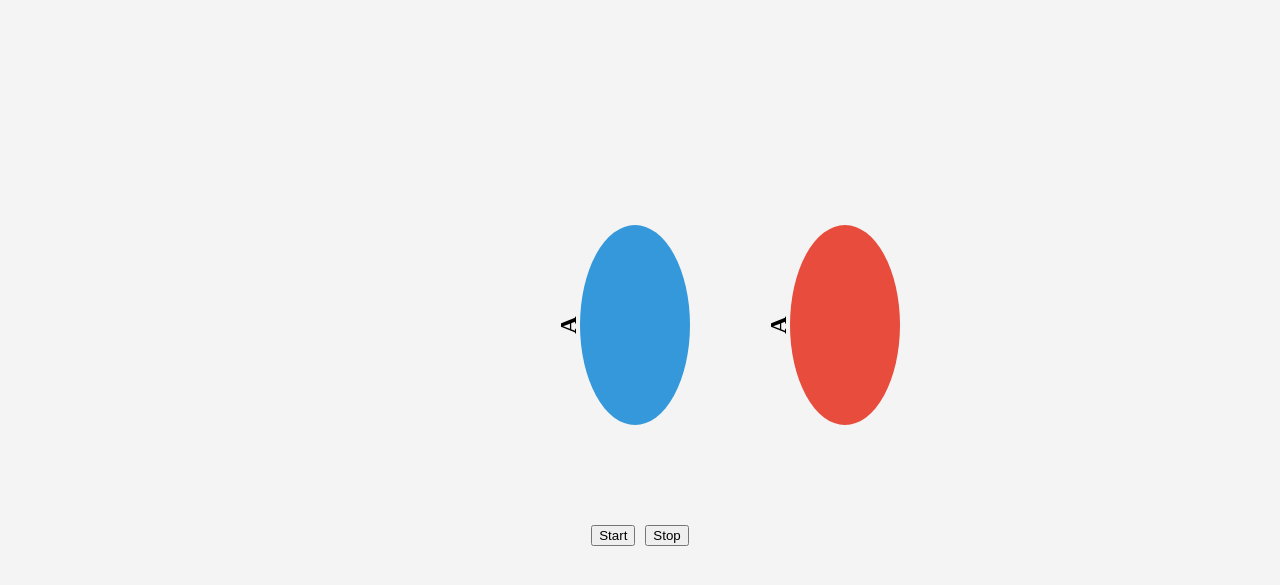
Repository: boshi-an/Isorhythm
Page: .vscode/Isorhythm/index.html
An editor plug-in stored every save of this project. The page is shown before and after the next save, followed by the edit.
The browser window is 1280 px wide. The pictures show the whole page.

Above is the page before, as saved 2023-10-18 17:46:47.

After the next save:
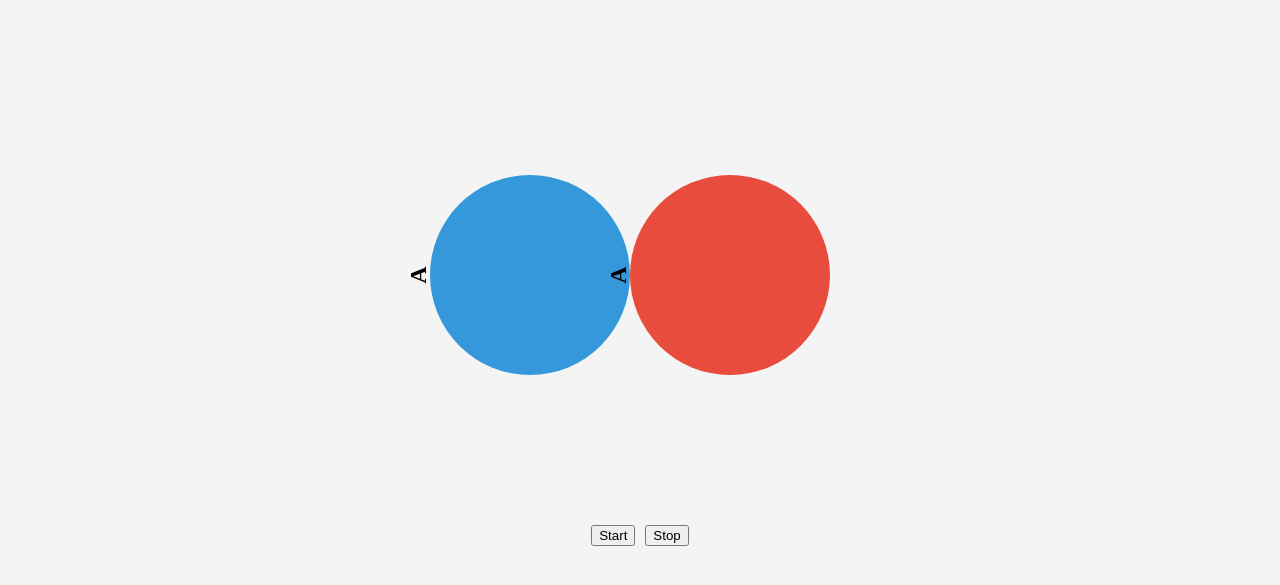
Saved 2 min 0 s later.
--- a/.vscode/Isorhythm/styles.css
+++ b/.vscode/Isorhythm/styles.css
@@ -17,7 +17,7 @@ body {
 .circleContainer {
     display: flex;
     align-items: center;
-    width: 220px;
+    width: 420px;
     /* Adjust based on your circle sizes */
 }
 
@@ -29,7 +29,7 @@ body {
     display: flex;
     align-items: center;
     justify-content: center;
-    margin: 0 0px;
+    margin: 10 10px;
 }
 
 .uiContainer {
@@ -72,14 +72,8 @@ body {
 
 #circle1 {
     background-color: #3498db;
-    top: 50px;
-    /* Adjust these values */
-    left: 50px;
 }
 
 #circle2 {
     background-color: #e74c3c;
-    top: 50px;
-    /* Adjust these values */
-    left: 150px;
 }
